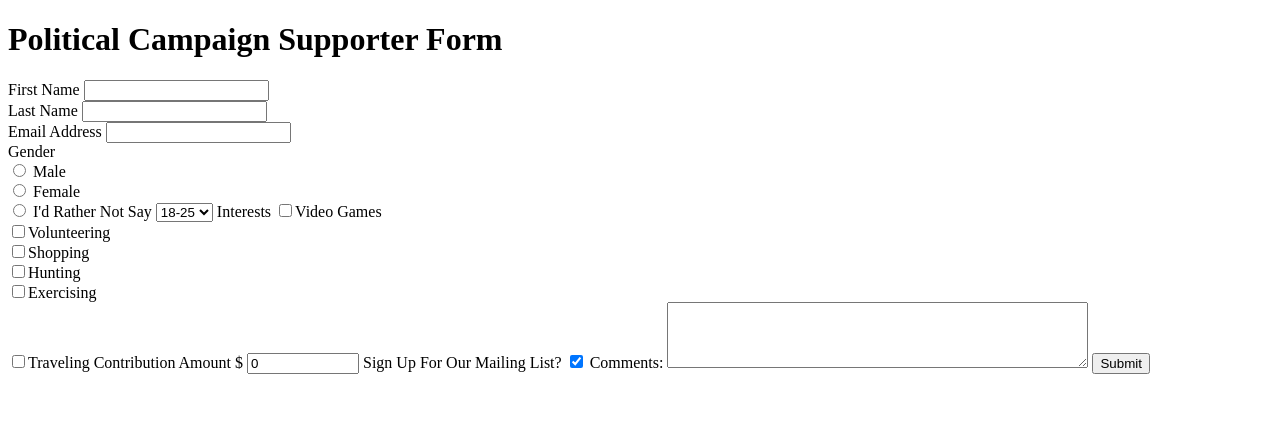
Repository: ryanaanderson0/COSW30
Page: Homework/Homework2/contact.html
The author's editor kept a record of every edit. The page is drawn from the files as they stood at one moment, then again after the next edit.
The browser window is 1280 px wide. The pictures show the whole page.

Above is the page before.

### Homework/Homework2/contact.html
<!DOCTYPE html>
<html>
    <meta charset="utf-8">
    <head>
        <title>Homework 2:Political Campaign Supporter Form</title>
    </head>
    <body>
        <h1>Political Campaign Supporter Form</h1>

        <form method="POST" action="process_contact.php">

        <label>First Name</label>
        <input type="text" id="first_name" name="first_name" required><br>

        <label>Last Name</label>
        <input type="text" id="last_name" name="last_name" required> <br>

        <label>Email Address</label>
        <input type="email" id="email" name="email" required> <br>

        <label>Gender</label> <br>
        <input type="radio" id="gender" name="gender" value="male" required> Male<br>
        <input type="radio" id="gender" name="gender" value="Female" required> Female<br>
        <input type="radio" id="gender" name="gender" value="Unspecified" required> I'd Rather Not Say

        <select id="age" required><br>
            <option value="18-25" name="age1">18-25</option>
            <option value="26-35">26-35</option>
            <option value="35-45">35-45</option>
            <option value="46+">46+</option>
        </select>

        <label>Interests</label>
        <input type="checkbox" id="interests" name="interest[]" value="video_games">Video Games<br>
        <input type="checkbox" id="interests" name="interest[]" value="volunteering">Volunteering<br>
        <input type="checkbox" id="interests" name="interest[]" value="shopping">Shopping<br>
        <input type="checkbox" id="interests" name="interest[]" value="hunting">Hunting<br>
        <input type="checkbox" id="interests" name="interest[]" value="exercising">Exercising<br>
        <input type="checkbox" id="interests" name="interest[]" value="traveling">Traveling

        <label>Contribution Amount $</label>
        <input type="number" id="contribution" name="quantity" min="0" max="100000000" value="0">

        <label>Sign Up For Our Mailing List?</label>
        <input type="checkbox" id="mailing_list" name="mailing_list" value="yes" checked>

        <label>Comments:</label>
        <textarea rows="4" cols="50" name="comments">
        </textarea>

        <button>Submit</button>



        </form>
    </body>
</html>

After the next edit:
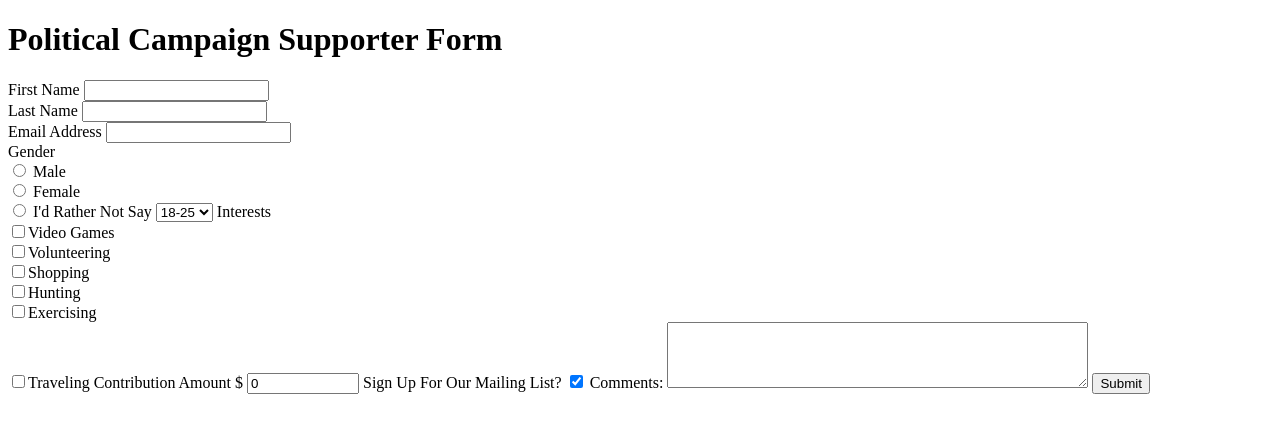
The edit:
--- a/Homework/Homework2/contact.html
+++ b/Homework/Homework2/contact.html
@@ -30,7 +30,7 @@
             <option value="46+">46+</option>
         </select>
 
-        <label>Interests</label>
+        <label>Interests</label><br>
         <input type="checkbox" id="interests" name="interest[]" value="video_games">Video Games<br>
         <input type="checkbox" id="interests" name="interest[]" value="volunteering">Volunteering<br>
         <input type="checkbox" id="interests" name="interest[]" value="shopping">Shopping<br>
